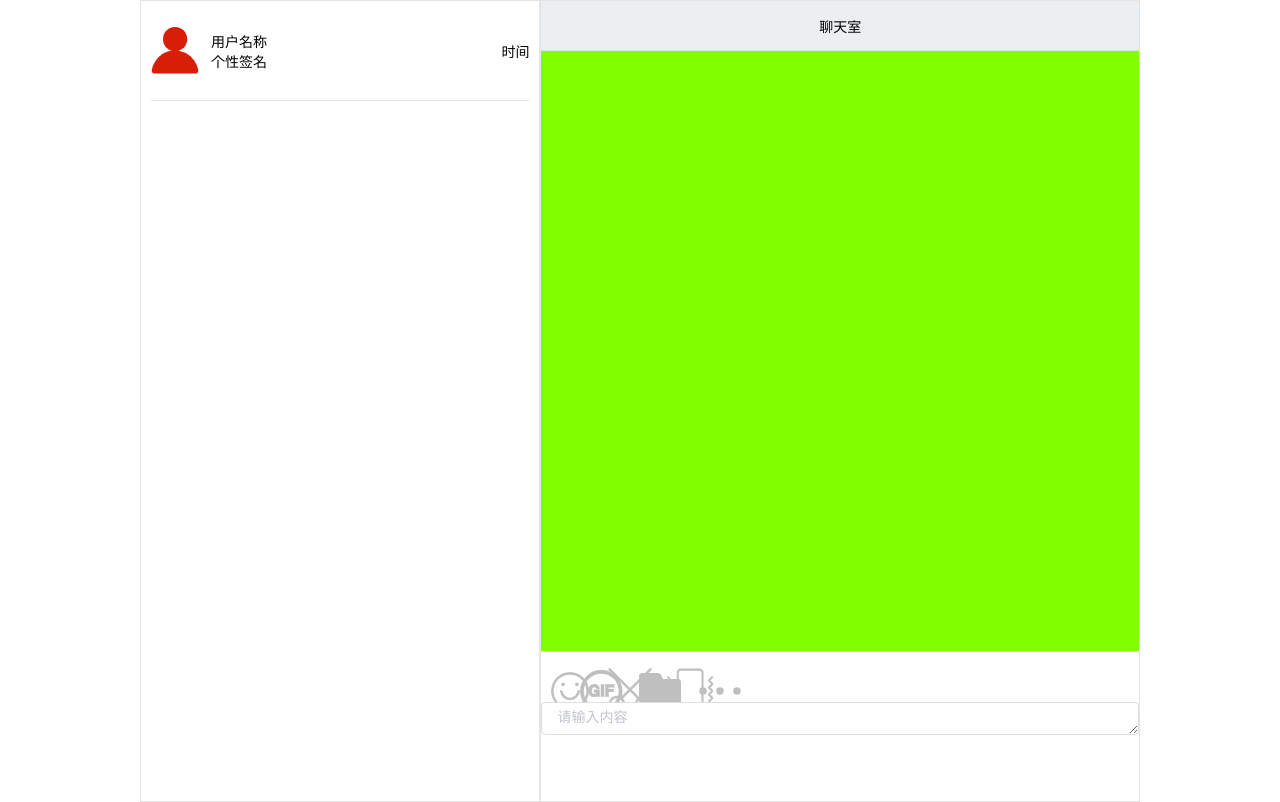
Repository: jinggegeZ/livechat
Page: /
The author's editor kept a copy of each file at every save. The page is drawn from the files as they stood at one save, then again after the next save.
The browser window is 1280 px wide. The pictures show the whole page.
The project was rebuilt for these pictures with package versions that can differ from the ones it lists, and the page was loaded fresh each time.

Above is the page before, as saved 2020-08-17 12:43:45.

After the next save:
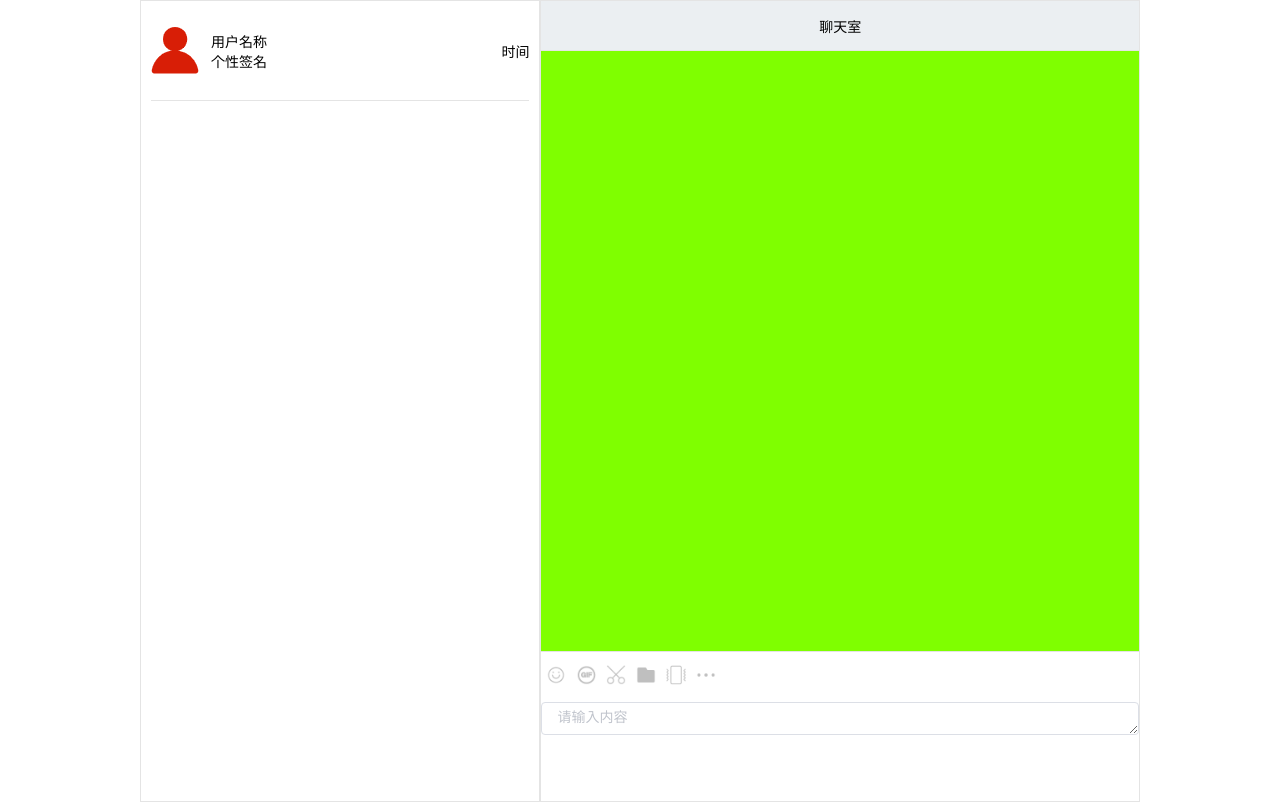
Saved 63 s later.
--- a/src/views/Home.vue
+++ b/src/views/Home.vue
@@ -30,12 +30,12 @@
           </div>
           <div class="box2-2">
             <div class="box2-2-1">
-              <div class="img1"><img src="../../public/image/small.png" alt=""></div>
-              <div class="img1"><img src="../../public/image/GIF.png" alt=""></div>
-              <div class="img1"><img src="../../public/image/chose.png" alt=""></div>
-              <div class="img1"><img src="../../public/image/word.png" alt=""></div>
-              <div class="img1"><img src="../../public/image/move.png" alt=""></div>
-               <div class="img1"><img src="../../public/image/more.png" alt=""></div>
+              <div><img class="img1" src="../../public/image/small.png" alt=""></div>
+              <div><img class="img1" src="../../public/image/GIF.png" alt=""></div>
+              <div><img class="img1" src="../../public/image/chose.png" alt=""></div>
+              <div><img class="img1" src="../../public/image/word.png" alt=""></div>
+              <div><img class="img1" src="../../public/image/move.png" alt=""></div>
+              <div><img class="img1" src="../../public/image/more.png" alt=""></div>
             </div>
             <div class="box2-2-2">
             <el-input type="textarea" v-model="input" placeholder="请输入内容" autosize="true"></el-input>
